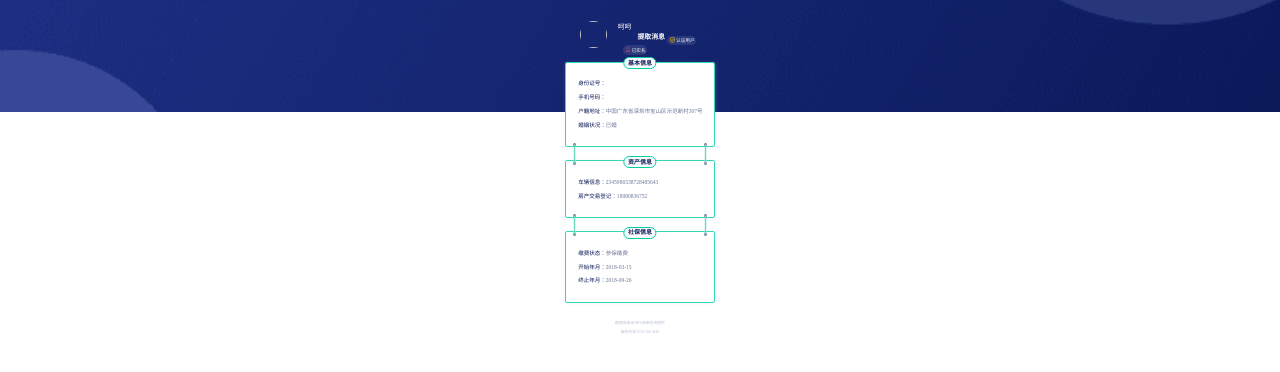
Repository: zlpstart/qingdao-new
Page: /Record
These files come from the project's save history. The page is drawn as it stood at one moment and after the next save; the edit follows.
The browser window is 1280 px wide. The pictures show the whole page.
The page's requests for data from a server got no answer. Some web fonts or font styles are not loaded; a fallback is used. The project was rebuilt for these pictures with package versions that can differ from the ones it lists, and the page was loaded fresh each time. No one was signed in, and anything a server would have sent is missing. Also part of the build but not shown: src/components/MySpace.vue, src/components/Home.vue, src/components/Enterprise.vue, src/components/Opinion.vue, src/components/Opinion2.vue, src/components/Car.vue, src/components/House.vue, src/components/License.vue and 5 more.

Above is the page before, as saved 2019-09-20 16:05:33.

After the next save:
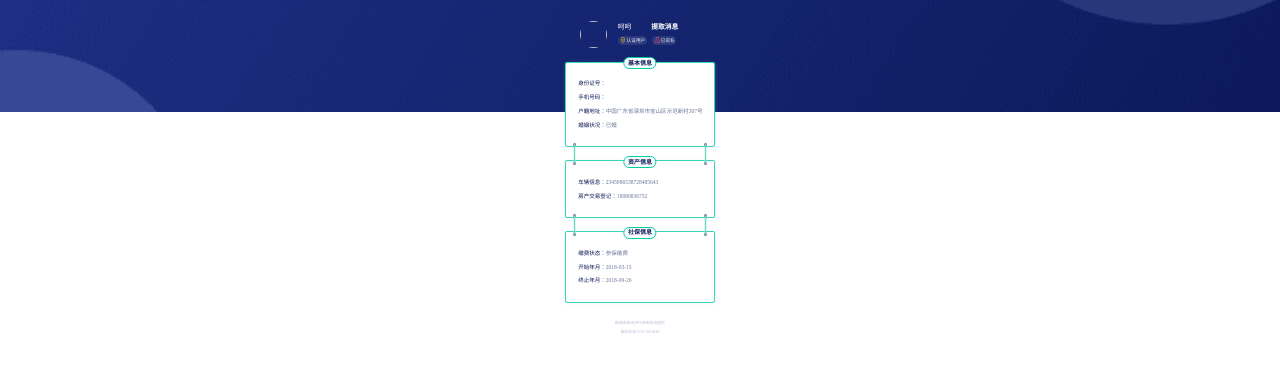
Saved 2 min 33 s later.
--- a/src/components/Record.vue
+++ b/src/components/Record.vue
@@ -295,7 +295,7 @@ body {
   margin-left: 0.64rem;
 }
 .header_right_p {
-    width: 2.6667rem;
+    width: 5.6667rem;
     height: 0.7rem;
 }
 .header_right_p p {
